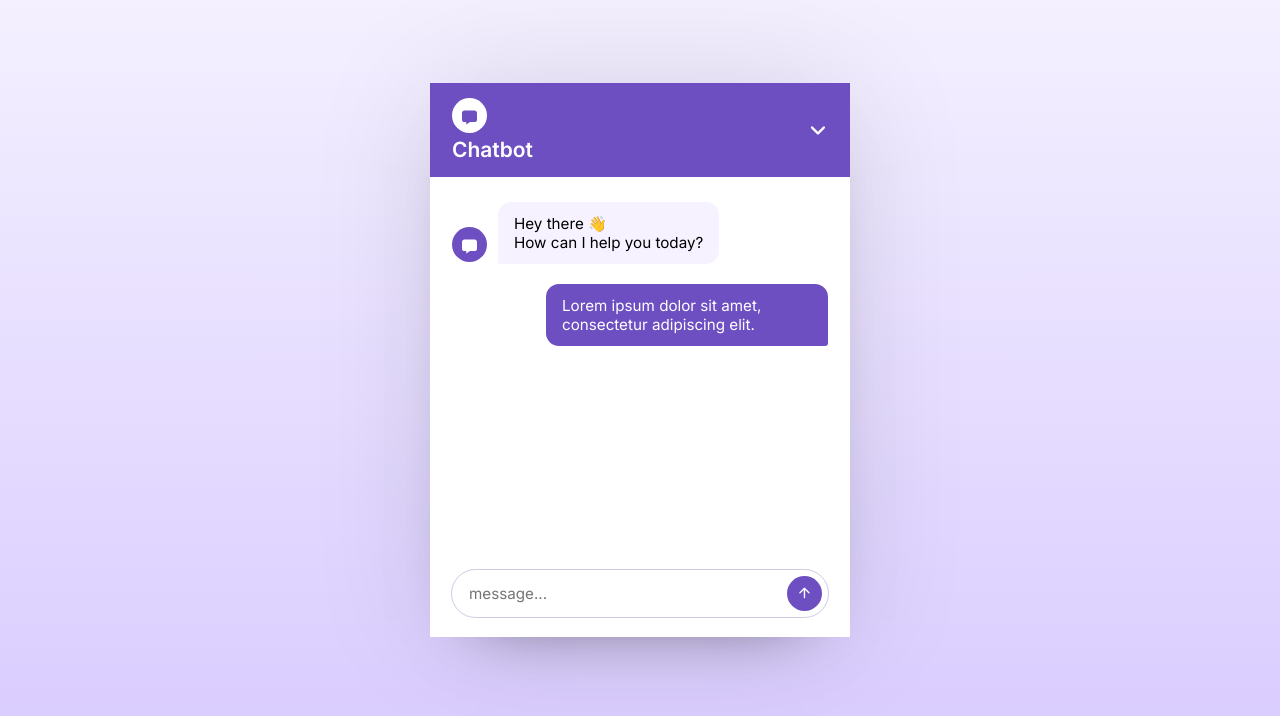
Repository: gogg23/chatbot
Page: / (app in chatbot/)
An editor plug-in stored every save of this project. The page is shown before and after the next save, followed by the edit.
The browser window is 1280 px wide. The pictures show the whole page.
The first visible `.chat-footer .chat-form` has the focus.
The project was rebuilt for these pictures with package versions that can differ from the ones it lists, and the page was loaded fresh each time. Also part of the build but not shown: chatbot/vite.config.js.

Above is the page before, as saved 2025-01-21 13:00:46.

### chatbot/index.html
<!DOCTYPE html>
<html lang="en">
  <head>
    <meta charset="UTF-8" />
    <link rel="icon" type="image/svg+xml" href="/vite.svg" />
    <meta name="viewport" content="width=device-width, initial-scale=1.0" />
    <title>Chatbot in ReactJS</title>
    <!--Linking google Fonts for Icons-->
    <link
      href="https://fonts.googleapis.com/css2?family=Material+Symbols+Rounded"
      rel="stylesheet"
    />
  </head>
  <body>
    <div id="root"></div>
    <script type="module" src="/src/main.jsx"></script>
  </body>
</html>

### chatbot/src/index.css
/*Importing Google Fonts - Inter*/
@import url('https://fonts.googleapis.com/css2?family=Inter:ital,opsz,wght@0,14..32,100..900;1,14..32,100..900&display=swap');

* {
  margin: 0;
  padding: 0;
  box-sizing: border-box;
  font-family: 'Inter', sans-serif;
}

body {
  width: 100%;
  display: flex;
  align-items: center;
  justify-content: center;
  min-height: 100vh;
  background: linear-gradient(#f4f0ff, #dacdff);
}

.chatbot-popup {
  position: relative;
  width: 420px;
  background: #fff;
  border-radius: 15px;
  box-shadow: 0 0 128px 0 rgba(0, 0, 0, 0.1),
    0 32px 64px -48px rgba(0, 0, 0, 0.5);
}

.chatbot-popup .chat-header {
  display: flex;
  padding: 15px 22px;
  align-items: center;
  justify-content: space-between;
  background: #6d4fc2;
}

.chatbot-header .header-info {
  display: flex;
  gap: 10px;
  align-items: center;
}

.header-info svg {
  height: 35px;
  width: 35px;
  padding: 6px;
  flex-shrink: 0;
  fill: #6d4fc2;
  background: #fff;
  border-radius: 50%;
}

.header-info .logo-text {
  color: #fff;
  font-size: 1.31rem;
  font-weight: 600;
}

.chat-header button {
  height: 40px;
  width: 40px;
  border: none;
  outline: none;
  color: #fff;
  cursor: pointer;
  font-size: 1.9rem;
  padding-top: 2px;
  border-radius: 50%;
  margin-right: -10px;
  background: none;
  transition: 0.2s ease;
}
.chat-header button:hover {
  background: #593bab;
}
.chat-body {
  display: flex;
  flex-direction: column;
  gap: 20px;
  padding: 25px 22px;
  height: 460px;
  overflow-y: auto;
}

.chat-body .message {
  display: flex;
  gap: 11px;
  align-items: center;
}

.chat-body .bot-message svg {
  height: 35px;
  width: 35px;
  padding: 6px;
  flex-shrink: 0;
  fill: #fff;
  align-self: flex-end;
  margin-bottom: 2px;
  background: #6d4fc2;
  border-radius: 50%;
}

.chat-body .message .message-text {
  padding: 12px 16px;
  max-width: 75%;
  background: #6d4fc2;
  word-wrap: break-word;
  white-space: pre-line;
  font-size: 0.95rem;
}

.chat-body .bot-message .message-text {
  background: #f6f2ff;
  border-radius: 13px 13px 13px 3px;
}

.chat-body .user-message {
  flex-direction: column;
  align-items: flex-end;
}

.chat-body .user-message .message-text {
  color: #fff;
  background: #6d4fc2;
  border-radius: 13px 13px 3px 13px;
}

.chat-footer {
  position: absolute;
  bottom: 0;
  width: 100%;
  background: #fff;
  padding: 15px 22px 20px;
}

.chat-footer .chat-form {
  display: flex;
  align-items: center;
  background: #fff;
  border-radius: 32px;
  outline: 1px solid #cccce5;
}

.chat-form .message-input {
  border: none;
  outline: none;
  width: 100%;
  background: none;
  height: 47px;
  padding: 0 17px;
  font-size: 0.95rem;
}

.chat-form button {
  height: 35px;
  width: 35px;
  border: none;
  outline: none;
  cursor: pointer;
  font-size: 1.15rem;
  color: #fff;
  flex-shrink: 0;
  margin-right: 6px;
  border-radius: 50%; /* Ensures round edges */
  background: #6d4fc2;
  transition: 0.2s ease;
}
.chat-form button:hover {
  background: #593bab;
}

### chatbot/src/App.jsx
import ChatbotIcon from './components/ChatbotIcon';

const App = () => {
  return (
    <div className='container'>
      <div className='chatbot-popup'>
        {/*Chatbot Header*/}
        <div className='chat-header'>
          <div className='header-info'>
            <ChatbotIcon />
            <h2 className='logo-text'>Chatbot</h2>
          </div>
          <button className='material-symbols-rounded'>
            keyboard_arrow_down
          </button>
        </div>
        {/*Chatbot Body*/}
        <div className='chat-body'>
          <div className='message bot-message'>
            <ChatbotIcon />
            <p className='message-text'>
              Hey there 👋
              <br />
              How can I help you today?
            </p>
          </div>
          <div className='message user-message'>
            <p className='message-text'>
              Lorem ipsum dolor sit amet, consectetur adipiscing elit.
            </p>
          </div>
        </div>
        {/*Chatbot Footer*/}
        <div className='chat-footer'>
          <form action='#' className='chat-form'>
            <input
              type='text'
              placeholder='message...'
              className='message-input'
              required
            />
            <button className='material-symbols-rounded'>arrow_upward</button>
          </form>
        </div>
      </div>
    </div>
  );
};

export default App;

### chatbot/src/components/ChatbotIcon.jsx
const ChatbotIcon = () => {
  return (
    <svg
      xmlns='http://www.w3.org/2000/svg'
      width='50'
      height='50'
      viewBox='0 0 1024 1024'
    >
      <path
        d='M738.3 287.6H285.7c-59 0-106.8
      47.8-106.8 106.8v303.1c0 59 47.8 106.8 106.8 106.8h81.5v111.1c0
      .7.8 1.1 1.4.7l166.9-110.6 41.8-.8h117.4l43.6-.4c59
      0 106.8-47.8 106.8-106.8V394.5c0-59-47.8-106.9-106.8-106.9zM351
      .7 448.2c0-29.5 23.9-53.5 53.5-53.5s53.5 23.9 53.5 53.5-23.9
      53.5-53.5 53.5-53.5-23.9-53.5-53.5zm157.9 267.1c-67.8 0-123.8-47
      .5-132.3-109h264.6c-8.6 61.5-64.5 109-132.3 109zm110-213.7c-29.5
      0-53.5-23.9-53.5-53.5s23.9-53.5 53.5-53.5 53.5 23.9 53.5 53.5-23.9
      53.5-53.5 53.5zM867.2 644.5V453.1h26.5c19.4 0 35.1 15.7 35.1 35.1v121.1c0
      19.4-15.7 35.1-35.1 35.1h-26.5zM95.2 609.4V488.2c0-19.4 15.7-35.1
      35.1-35.1h26.5v191.3h-26.5c-19.4 0-35.1-15.7-35.1-35.1zM561.5 149.6c0 23.4-15.6
      43.3-36.9 49.7v44.9h-30v-44.9c-21.4-6.5-36.9-26.3-36.9-49.7 0-28.6 23.3-51.9 51.9-51.9s51.9
      23.3 51.9 51.9z'
      />
    </svg>
  );
};

export default ChatbotIcon;

Loaded but not shown: chatbot/src/main.jsx (common file)

After the next save:
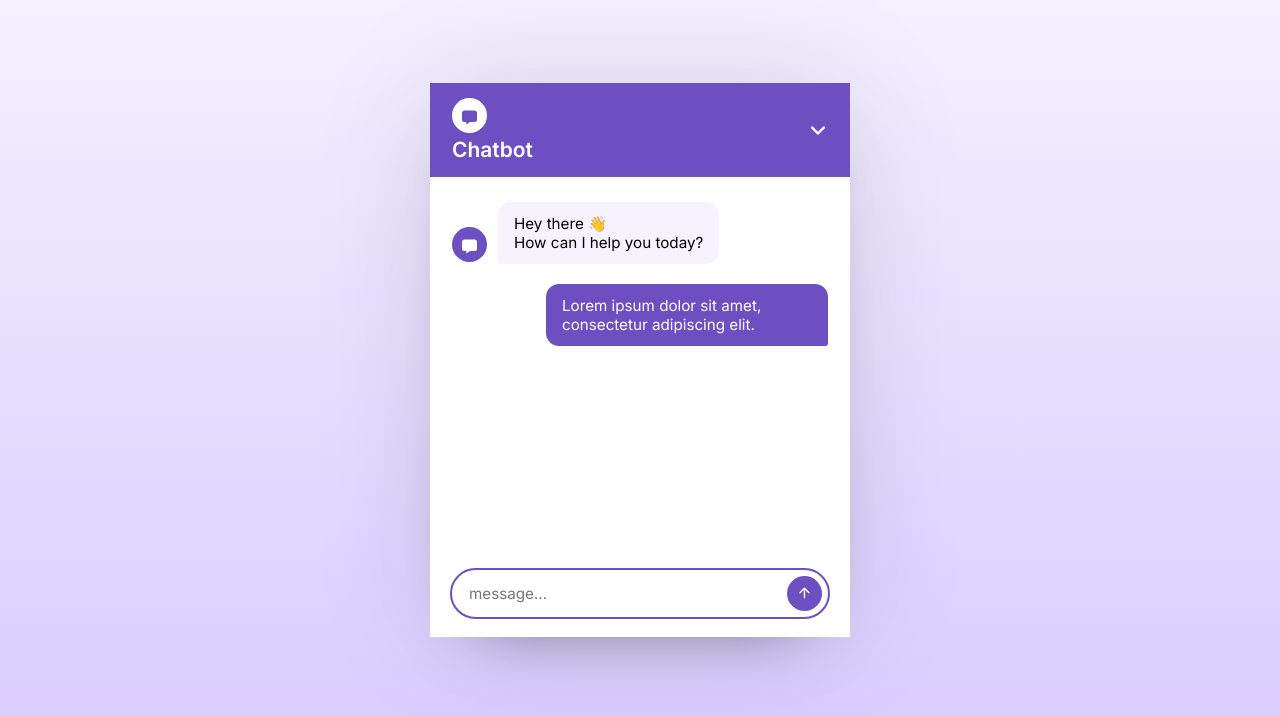
Saved 5 min 14 s later.
--- a/chatbot/src/index.css
+++ b/chatbot/src/index.css
@@ -141,6 +141,10 @@ body {
   outline: 1px solid #cccce5;
 }
 
+.chat-footer .chat-form:focus-within {
+  outline: 2px solid #6d4fc2;
+}
+
 .chat-form .message-input {
   border: none;
   outline: none;
